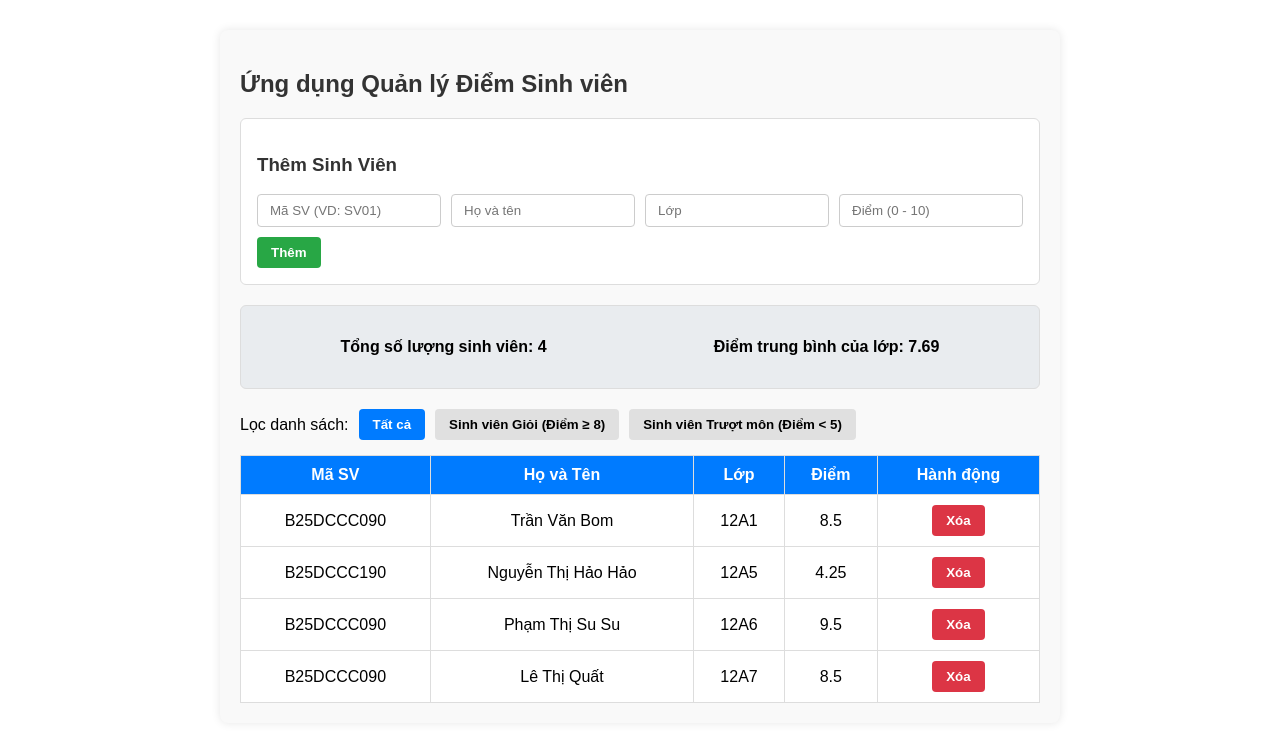
Repository: bachphamudu/B25DCCC030
Page: /
These files come from the project's save history. The page is drawn as it stood at one moment and after a run of saves; the edit follows.
The browser window is 1280 px wide. The pictures show the whole page.
The project was rebuilt for these pictures with package versions that can differ from the ones it lists, and the page was loaded fresh each time.

Above is the page before, as saved 2026-10-15 09:54:41.

After the next 2 saves:
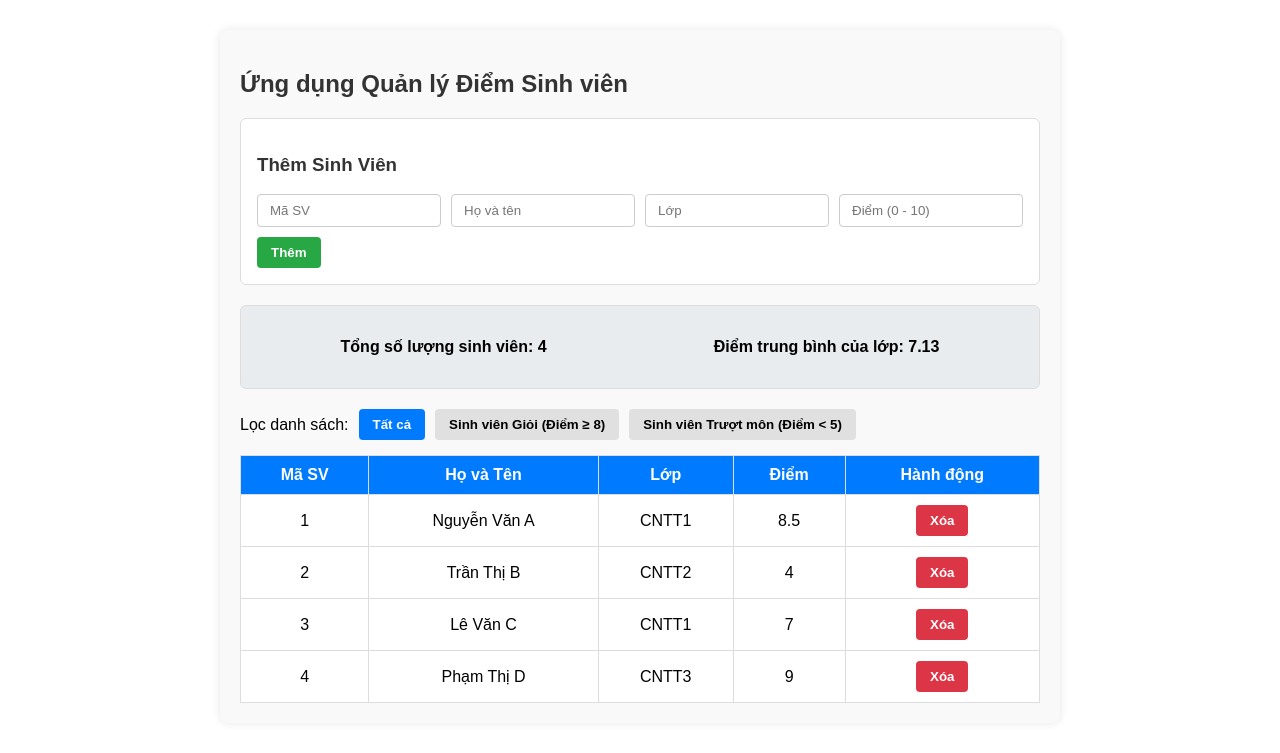
The 2 saves are shown as one change because 1 did not build or start.
The last was saved 12 min 40 s later.
--- a/src/App.js
+++ b/src/App.js
@@ -10,6 +10,7 @@ const StudentItem = (sql) => {
       <td>{sql.student.score}</td>
       <td>
         <button
+          type="button"
           className="btn-delete"
           onClick={() => sql.onDelete(sql.student.id)}
         >
@@ -51,11 +52,10 @@ const StudentTable = (sql) => {
 
 const App = () => {
   const [students, setStudents] = useState([
-    { id: 'B25DCCC090', name: 'Trần Văn Bom', score: 8.5, className: '12A1' },
-    { id: 'B25DCCC190', name: 'Nguyễn Thị Hảo Hảo', score: 4.25, className: '12A5' },
-    { id: 'B25DCCC090', name: 'Phạm Thị Su Su', score: 9.5, className: '12A6' },
-    { id: 'B25DCCC090', name: 'Lê Thị Quất', score: 8.5, className: '12A7' },
-
+    { id: '1', name: 'Nguyễn Văn A', score: 8.5, className: 'CNTT1' },
+    { id: '2', name: 'Trần Thị B', score: 4.0, className: 'CNTT2' },
+    { id: '3', name: 'Lê Văn C', score: 7.0, className: 'CNTT1' },
+    { id: '4', name: 'Phạm Thị D', score: 9.0, className: 'CNTT3' },
   ]);
 
   const [formData, setFormData] = useState({
@@ -66,7 +66,6 @@ const App = () => {
   });
 
   const [errorMessage, setErrorMessage] = useState('');
-
   const [filterType, setFilterType] = useState('ALL');
 
   const handleInputChange = (e) => {
@@ -82,11 +81,13 @@ const App = () => {
     e.preventDefault();
 
     if (!formData.id.trim() || !formData.name.trim() || !formData.className.trim() || formData.score === '') {
-      setErrorMessage('Vui lòng điền đầy đủ tất cả các trường thông tin!');
+      setErrorMessage('Vui lòng điền đầy đủ tất cả các trường!');
       return;
     }
 
-    const isExisted = students.some((s) => s.id.toString().trim() === formData.id.trim());
+    const isExisted = students.some(
+      (s) => String(s.id).trim().toLowerCase() === formData.id.trim().toLowerCase()
+    );
     if (isExisted) {
       setErrorMessage(`Mã sinh viên "${formData.id.trim()}" đã tồn tại! Vui lòng chọn mã khác.`);
       return;
@@ -94,7 +95,7 @@ const App = () => {
 
     const numericScore = parseFloat(formData.score);
     if (isNaN(numericScore) || numericScore < 0 || numericScore > 10) {
-      setErrorMessage('Điểm số phải là số hợp lệ từ 0 đến 10!');
+      setErrorMessage('Điểm số phải là số từ 0 đến 10!');
       return;
     }
 
@@ -106,13 +107,12 @@ const App = () => {
     };
 
     setStudents((prev) => [...prev, newStudent]);
-
     setFormData({ id: '', name: '', score: '', className: '' });
     setErrorMessage('');
   };
 
-  const handleDeleteStudent = (id) => {
-    setStudents((prev) => prev.filter((student) => student.id !== id));
+  const handleDeleteStudent = (idToDelete) => {
+    setStudents((prev) => prev.filter((student) => String(student.id) !== String(idToDelete)));
   };
 
   const filteredStudents = students.filter((student) => {
@@ -130,7 +130,6 @@ const App = () => {
     <div className="container">
       <h2>Ứng dụng Quản lý Điểm Sinh viên</h2>
 
-      {}
       <div className="card">
         <h3>Thêm Sinh Viên</h3>
         {errorMessage && <p className="error-alert">{errorMessage}</p>}
@@ -138,7 +137,7 @@ const App = () => {
           <input
             type="text"
             name="id"
-            placeholder="Mã SV (VD: SV01)"
+            placeholder="Mã SV"
             value={formData.id}
             onChange={handleInputChange}
           />
@@ -168,28 +167,29 @@ const App = () => {
         </form>
       </div>
 
-      {}
       <div className="card stats-card">
         <p>{`Tổng số lượng sinh viên: ${totalStudents}`}</p>
         <p>{`Điểm trung bình của lớp: ${averageScore}`}</p>
       </div>
 
-      {}
       <div className="filter-group">
         <span>Lọc danh sách: </span>
         <button
+          type="button"
           className={filterType === 'ALL' ? 'active' : ''}
           onClick={() => setFilterType('ALL')}
         >
           Tất cả
         </button>
         <button
+          type="button"
           className={filterType === 'EXCELLENT' ? 'active' : ''}
           onClick={() => setFilterType('EXCELLENT')}
         >
           Sinh viên Giỏi (Điểm &ge; 8)
         </button>
         <button
+          type="button"
           className={filterType === 'FAILED' ? 'active' : ''}
           onClick={() => setFilterType('FAILED')}
         >
@@ -197,7 +197,6 @@ const App = () => {
         </button>
       </div>
 
-      {}
       <StudentTable
         students={filteredStudents}
         onDelete={handleDeleteStudent}
